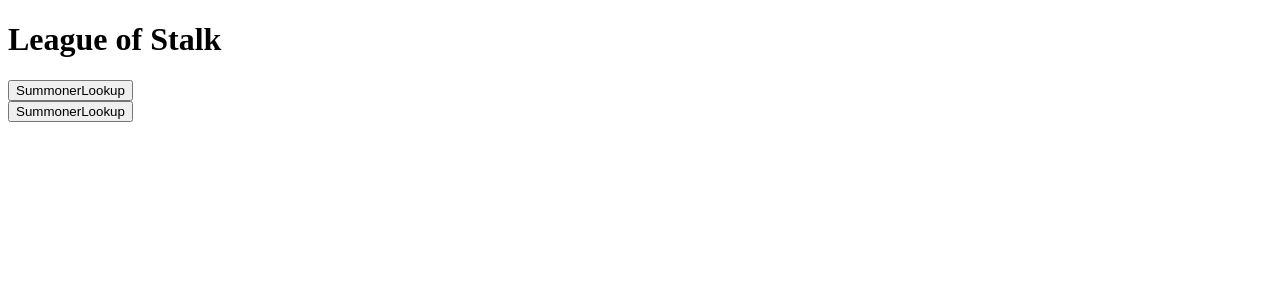
Repository: Dreifingerjpey/TestLos
Page: http://localhost/LeagueOfStalk/
These files come from the project's save history. The page is drawn as it stood at one moment and after the next save; the edit follows.
The browser window is 1280 px wide. The pictures show the whole page.
The page is served by Tomcat 9. Other server files are loaded and not shown.

Above is the page before, as saved 2017-08-04 11:16:16.

### Eclipse/LeagueOfStalk/WebContent/index.jsp
<%@ page language="java" contentType="text/html; charset=ISO-8859-1"
    pageEncoding="ISO-8859-1"%>
<!DOCTYPE html PUBLIC "-//W3C//DTD HTML 4.01 Transitional//EN" "http://www.w3.org/TR/html4/loose.dtd">
<html>
<head>
<jsp:include page="CSS/Style.css"/>
<link rel="stylesheet" href="${pageContext.request.contextPath}/CSS/Style.css" />
<meta http-equiv="Content-Type" content="text/html; charset=ISO-8859-1">
<title>League of Stalk</title>
</head>
<body>
<h1>League of Stalk</h1>
<form action="HTML/SummonerLookup.html">

<input type="submit" value="SummonerLookup"/>
</form>
<form action="HTML/SummonerLookup.html">

<input type="submit" value="SummonerLookup"/>
</form>
</body>
</html>

Loaded but not shown: Eclipse/LeagueOfStalk/WebContent/CSS/Style.css (no copy from this time; the picture is the same without it)

After the next save:
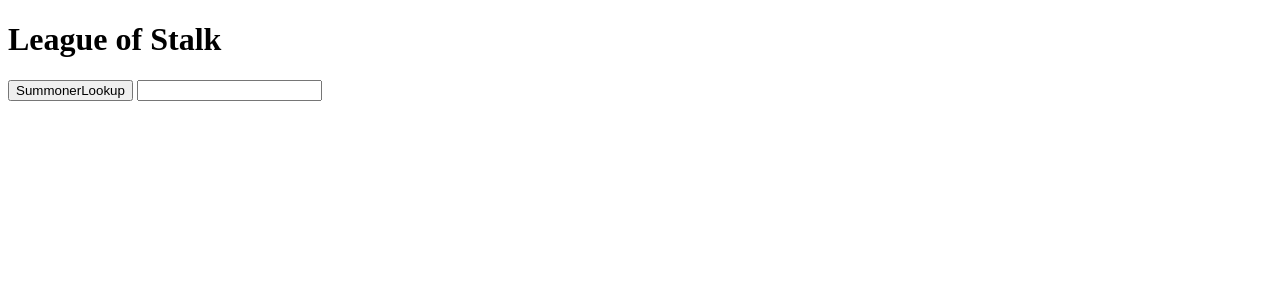
Saved 17 s later.
--- a/Eclipse/LeagueOfStalk/WebContent/index.jsp
+++ b/Eclipse/LeagueOfStalk/WebContent/index.jsp
@@ -13,10 +13,8 @@
 <form action="HTML/SummonerLookup.html">
 
 <input type="submit" value="SummonerLookup"/>
+ <input id="vname" name="vname">
 </form>
-<form action="HTML/SummonerLookup.html">
 
-<input type="submit" value="SummonerLookup"/>
-</form>
 </body>
 </html>
